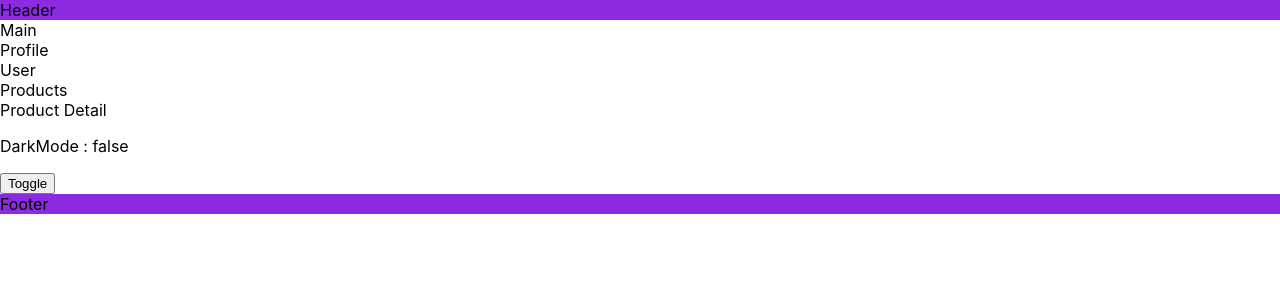
Repository: dnjfht/css-example
Page: /
An editor plug-in stored every save of this project. The page is shown before and after the next save, followed by the edit.
The browser window is 1280 px wide. The pictures show the whole page.
The project was rebuilt for these pictures with package versions that can differ from the ones it lists, and the page was loaded fresh each time.

Above is the page before, as saved 2023-05-11 02:10:53.

### src/App.js
import React from "react";
import Header from "./components/Header";
import Main from "./components/Main";
import Footer from "./components/Footer";
import { DarkModeProvider } from "./DarkModeContext";

export default function App() {
  return (
    <DarkModeProvider>
      {/* Context를 가져다 사용하려면 이렇게 우산을 씌워주면 된다. */}
      {/* 이렇게 해주면 PRovider 아래에 있는 자식 component들이 모두 darkMode, toggleDarkMode를 가져다 쓸 수 있다 */}
      <div style={{ width: "100%", height: "100vh" }}>
        <Header />
        <Main />
        <Footer />
      </div>
    </DarkModeProvider>
  );
}
// 무작정 어플리케이션 전체에 우산을 씌우지 말고 최대한 필요한 곳에 우산을 씌우자!

### src/components/Header.js
import React from "react";

export default function Header() {
  return (
    <div style={{ width: "100%", backgroundColor: "blueviolet" }}>Header</div>
  );
}

### src/components/Main.js
import React, { useContext } from "react";
import Profile2 from "./Profile2";
import Products2 from "./Products2";
import { DarkModeContext } from "../DarkModeContext";

export default function Main() {
  const { darkMode } = useContext(DarkModeContext);
  return (
    <>
      {darkMode === true ? (
        <div style={{ backgroundColor: "rgba(0,0,0,0.9)", color: "white" }}>
          Main
          <Profile2 />
          <Products2 />
        </div>
      ) : (
        <div>
          Main
          <Profile2 />
          <Products2 />
        </div>
      )}
    </>
  );
}

### src/components/Footer.js
import React from "react";

export default function Footer() {
  return (
    <div style={{ width: "100%", backgroundColor: "blueviolet" }}>Footer</div>
  );
}

### src/DarkModeContext.js
import { createContext, useState } from "react";

export const DarkModeContext = createContext();

export function DarkModeProvider({ children }) {
  // Provider는 데이터를 가지고 보여주고 있는 우산(umbrella) 만들 때 사용.
  // 밑에 있는 하위 컴포넌트들을 감싸줄 수 있는 우산 컴포넌트
  // DarkModeProvider는 UI적으로 무언가를 하지는 않지만,
  // children을 감싸는 DarkModeContext, 즉 데이터를 가지고 있는 우산을 만들어줌.

  const [darkMode, setDarkMode] = useState(false);
  const toggleDarkMode = () => {
    setDarkMode((mode) => !mode);
  };
  console.log(darkMode);

  return (
    <DarkModeContext.Provider value={{ darkMode, toggleDarkMode }}>
      {/* 이 안에 global하게 기억하고 싶은 데이터를, 그리고 그걸 처리하고 싶은 함수들을 안에서 만들어주면 됨. */}
      {/* 우리가 react에서 Context를 쓰는 것은 우산을 만들고, 그 우산을 우리가 씌워주고 싶은 component에다 씌우면 */}
      {/* component 하위에 있는 모든 요소들이 데이터에 접근이 가능함. */}
      {children}
    </DarkModeContext.Provider>
    // Context에 있는 Provider를 return할 건데,
    // 이걸 외부에서 편하게 사용하기 위해서 DarkModeProvider를 만들어줌.
  );
}

// 우산(Context)을 만들려면
// 1. React에서 제공해주는 createContext를 이용해서 Context를 만든다.
// 2. 자식 컴포넌트들을 받아오는 컴포넌트를 만들어서 자식 컴포넌트들을 위에서 만든 Context에서 제공해주는 Provider로 감싸주면 됨.
// 3. 자식 컴포넌트와 공유하고 싶은 데이터가 있다면 Provider value에 지정해주면 된다.

### src/components/Profile2.js
import React from "react";
import User from "./User";

export default function Profile2() {
  return (
    <div>
      Profile
      <User />
    </div>
  );
}

### src/components/Products2.js
import React from "react";
import ProductsDetail from "./ProductsDetail";

export default function Products2() {
  return (
    <div>
      Products
      <ProductsDetail />
    </div>
  );
}

### src/components/User.js
import React from "react";

export default function User() {
  return <div>User</div>;
}

### src/components/ProductsDetail.js
import React, { useContext } from "react";
import { DarkModeContext } from "../DarkModeContext";

export default function ProductsDetail() {
  const { darkMode, toggleDarkMode } = useContext(DarkModeContext);
  return (
    <div>
      Product Detail
      <p>
        DarkMode : <span>{darkMode.toString()}</span>
        {/* Boolean은 값이 출력되지 않으므로 문자열로 바꿔주기 */}
      </p>
      <button onClick={() => toggleDarkMode()}>Toggle</button>
    </div>
  );
}

Loaded but not shown: public/index.html (common file); src/index.js (common file); src/index.css (common file); src/reportWebVitals.js (common file)

After the next save:
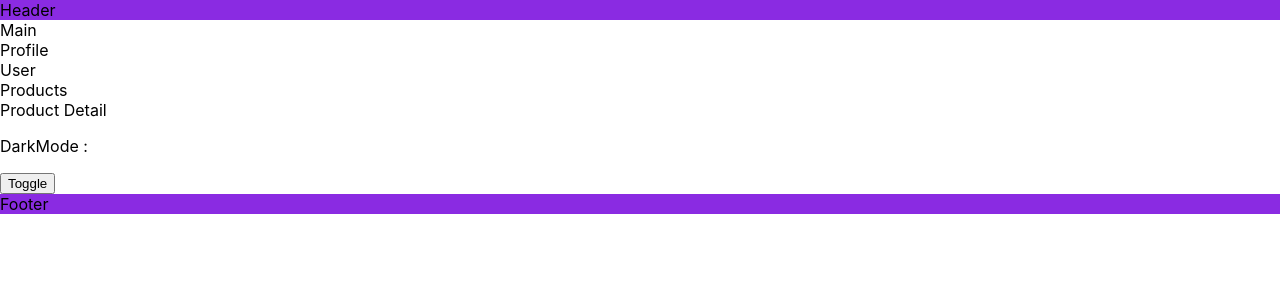
Saved 16 min 57 s later.
--- a/src/components/ProductsDetail.js
+++ b/src/components/ProductsDetail.js
@@ -7,8 +7,7 @@
     <div>
       Product Detail
       <p>
-        DarkMode : <span>{darkMode.toString()}</span>
-        {/* Boolean은 값이 출력되지 않으므로 문자열로 바꿔주기 */}
+        DarkMode :{/* Boolean은 값이 출력되지 않으므로 문자열로 바꿔주기 */}
       </p>
       <button onClick={() => toggleDarkMode()}>Toggle</button>
     </div>

After the save that followed:
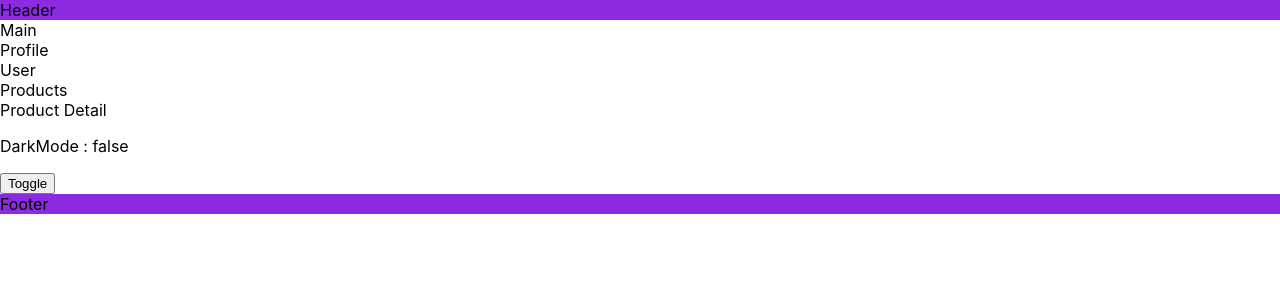
Saved 17 s later.
--- a/src/components/ProductsDetail.js
+++ b/src/components/ProductsDetail.js
@@ -7,7 +7,8 @@
     <div>
       Product Detail
       <p>
-        DarkMode :{/* Boolean은 값이 출력되지 않으므로 문자열로 바꿔주기 */}
+        DarkMode : <span>{darkMode.toString()}</span>
+        {/* Boolean은 값이 출력되지 않으므로 문자열로 바꿔주기 */}
       </p>
       <button onClick={() => toggleDarkMode()}>Toggle</button>
     </div>
